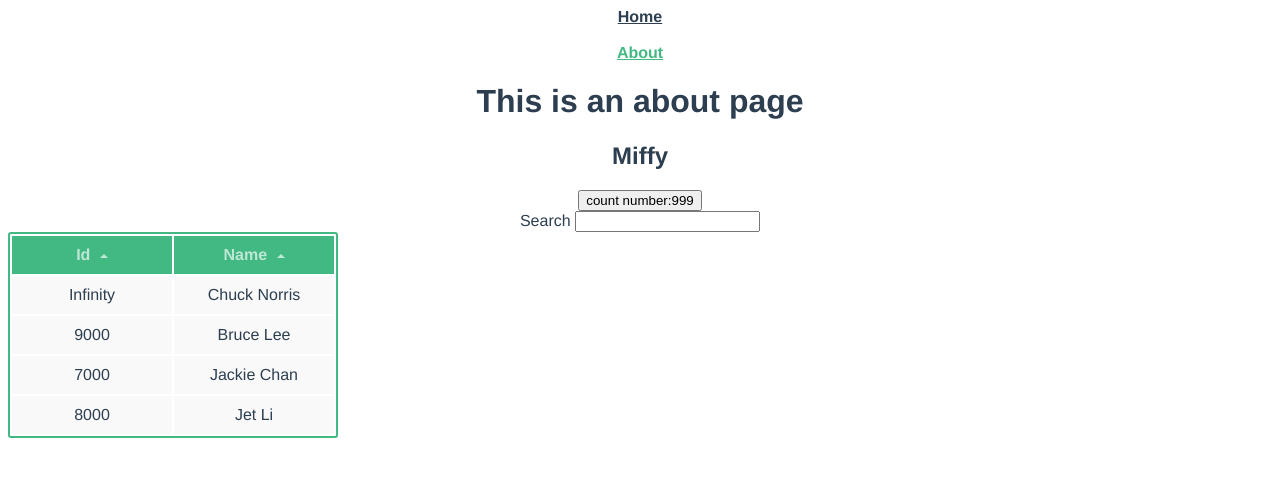
Repository: HaoMiffy/vue3-compisition-Typescript-pinia
Page: /about
These files come from the project's save history. The page is drawn as it stood at one moment and after a run of saves; the edit follows.
The browser window is 1280 px wide. The pictures show the whole page.
The project was rebuilt for these pictures with package versions that can differ from the ones it lists, and the page was loaded fresh each time. Also part of the build but not shown: vue.config.js, src/components/HelloWorld.vue, src/views/HomeView.vue.

Above is the page before, as saved 2022-12-12 13:56:47.

### src/main.ts
import { createApp } from 'vue'
import App from './App.vue'
import router from './router'
import { createPinia } from 'pinia'

createApp(App).use(createPinia()).use(router).mount('#app')

### src/App.vue
<template>
<navbar></navbar>
<RouterView></RouterView>
</template>


<script lang="ts" setup>
import navbar from './components/navbar.vue'
</script>

<style>
#app {
  font-family: Avenir, Helvetica, Arial, sans-serif;
  -webkit-font-smoothing: antialiased;
  -moz-osx-font-smoothing: grayscale;
  text-align: center;
  color: #2c3e50;
}

.nav {
  padding: 30px;
  text-align: left;
}



nav a {
  font-weight: bold;
  color: #2c3e50;
}

nav a.router-link-exact-active {
  color: #42b983;
}
</style>

### src/components/navbar.vue
<!-- eslint-disable vue/multi-word-component-names -->
<template>
    <nav class="navbar navbar-default">
        <div class="container-fluid">
            <div class="navbar-header">
                <router-link to="/" class="item">Home</router-link>
            </div>
            <br />
            <div>
                <router-link to="/about" class="item">About</router-link>
            </div>
        </div>
    </nav>
</template>

### src/views/AboutView.vue
<template>
  <div class="about">
    <h1>This is an about page</h1>
    <h2>{{ max }}</h2>
    <button @click="click()">count number:{{ counter.count }}</button>
    <form id="search">
      Search <input name="query" v-model="searchQuery">
    </form>
    <Table :data="Data" :columns="Columns" :filter-key="searchQuery"></Table>
  </div>
</template>

<script setup>
import { ref, reactive } from 'vue'
import { PublicStore } from '@/store/index'
import Table from './table.vue'


const store = PublicStore()



const max = ref("Miffy")
const counter = reactive({ count: 999 })

const searchQuery = ref('')
const Columns = ['id', 'name']
const Data = ([
  { name: 'Chuck Norris', id: Infinity },
  { name: 'Bruce Lee', id: 9000 },
  { name: 'Jackie Chan', id: 7000 },
  { name: 'Jet Li', id: 8000 }
])

function click() {
  counter.count++
}





</script>

<style>
.table {
  margin-top: 25px;
  display: flex;
  justify-content: center;
  align-items: center;
}
</style>

### src/store/index.ts
import { defineStore } from 'pinia'
export const PublicStore = defineStore('Public', { // Public项目唯一id
  state: () => ({
      data: [
        { name: 'Chuck Norris', id: Infinity },
        { name: 'Bruce Lee', id: 9000 },
        { name: 'Jackie Chan', id: 7000 },
        { name: 'Jet Li', id: 8000 }
      ]
  }),
  getters: {

  },
  actions: {

  },
})

### src/views/table.vue
<!-- eslint-disable vue/multi-word-component-names -->
<script setup >
import { ref, computed,defineProps} from 'vue'

const props = defineProps({
  data: Array,
  columns: Array,
  filterKey: String
})

const sortKey = ref('')
const sortOrders = ref(
  props.columns.reduce((o, key) => ((o[key] = 1), o), {})
)

const filteredData = computed(() => {
  let { data, filterKey } = props
  if (filterKey) {
    filterKey = filterKey.toLowerCase()
    data = data.filter((row) => {
      return Object.keys(row).some((key) => {
        return String(row[key]).toLowerCase().indexOf(filterKey) > -1
      })
    })
  }
  const key = sortKey.value
  if (key) {
    const order = sortOrders.value[key]
    data = data.slice().sort((a, b) => {
      a = a[key]
      b = b[key]
      return (a === b ? 0 : a > b ? 1 : -1) * order
    })
  }
  return data
})

function sortBy(key) {
  sortKey.value = key
  sortOrders.value[key] *= -1
}

function capitalize(str) {
  return str.charAt(0).toUpperCase() + str.slice(1)
}
</script>

<template>
  <table v-if="filteredData.length">
    <thead>
      <tr>
        <th v-for="key in columns"
          @click="sortBy(key)"
          :class="{ active: sortKey == key }" :key="capitalize(key)">
          {{ capitalize(key) }}
          <span class="arrow" :class="sortOrders[key] > 0 ? 'asc' : 'dsc'">
          </span>
        </th>
      </tr>
    </thead>
    <tbody>
      <tr v-for="entry in filteredData" :key="entry[key]">
        <td v-for="key in columns" :key="entry[key]">
          {{entry[key]}}
        </td>
      </tr>
    </tbody>
  </table>
  <p v-else>No matches found.</p>
</template>

<style>
table {
  border: 2px solid #42b983;
  border-radius: 3px;
  background-color: #fff;
}

th {
  background-color: #42b983;
  color: rgba(255, 255, 255, 0.66);
  cursor: pointer;
  user-select: none;
}

td {
  background-color: #f9f9f9;
}

th,
td {
  min-width: 120px;
  padding: 10px 20px;
}

th.active {
  color: #fff;
}

th.active .arrow {
  opacity: 1;
}

.arrow {
  display: inline-block;
  vertical-align: middle;
  width: 0;
  height: 0;
  margin-left: 5px;
  opacity: 0.66;
}

.arrow.asc {
  border-left: 4px solid transparent;
  border-right: 4px solid transparent;
  border-bottom: 4px solid #fff;
}

.arrow.dsc {
  border-left: 4px solid transparent;
  border-right: 4px solid transparent;
  border-top: 4px solid #fff;
}
</style>

Loaded but not shown: src/router/index.ts (common file)

After the next 2 saves:
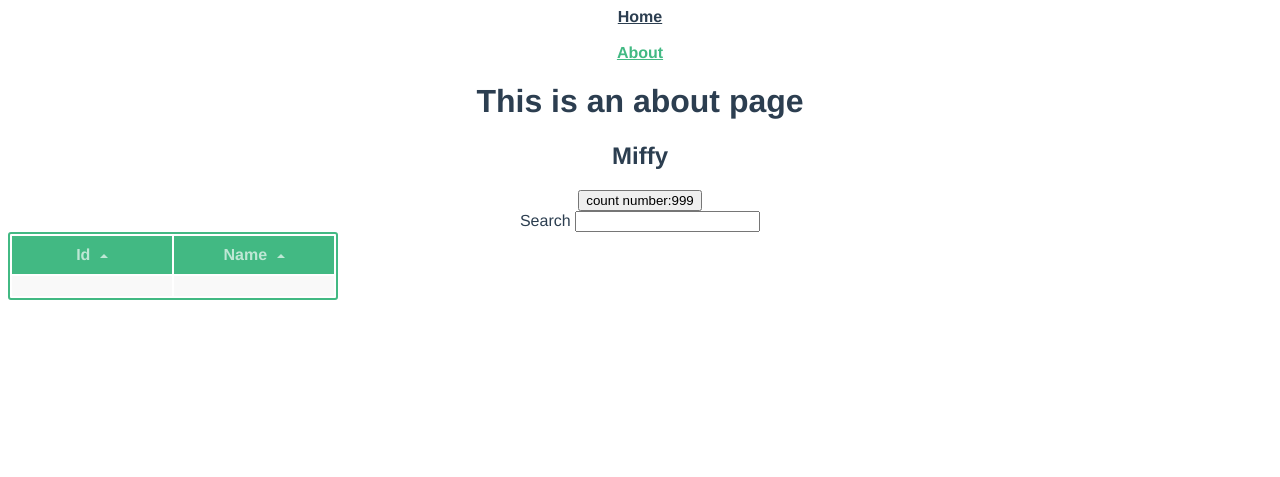
The 2 saves are shown as one change because 1 did not build or start.
The last was saved 37 s later.
--- a/src/views/AboutView.vue
+++ b/src/views/AboutView.vue
@@ -26,10 +26,7 @@ const counter = reactive({ count: 999 })
 const searchQuery = ref('')
 const Columns = ['id', 'name']
 const Data = ([
-  { name: 'Chuck Norris', id: Infinity },
-  { name: 'Bruce Lee', id: 9000 },
-  { name: 'Jackie Chan', id: 7000 },
-  { name: 'Jet Li', id: 8000 }
+  store.$state.data
 ])
 
 function click() {
